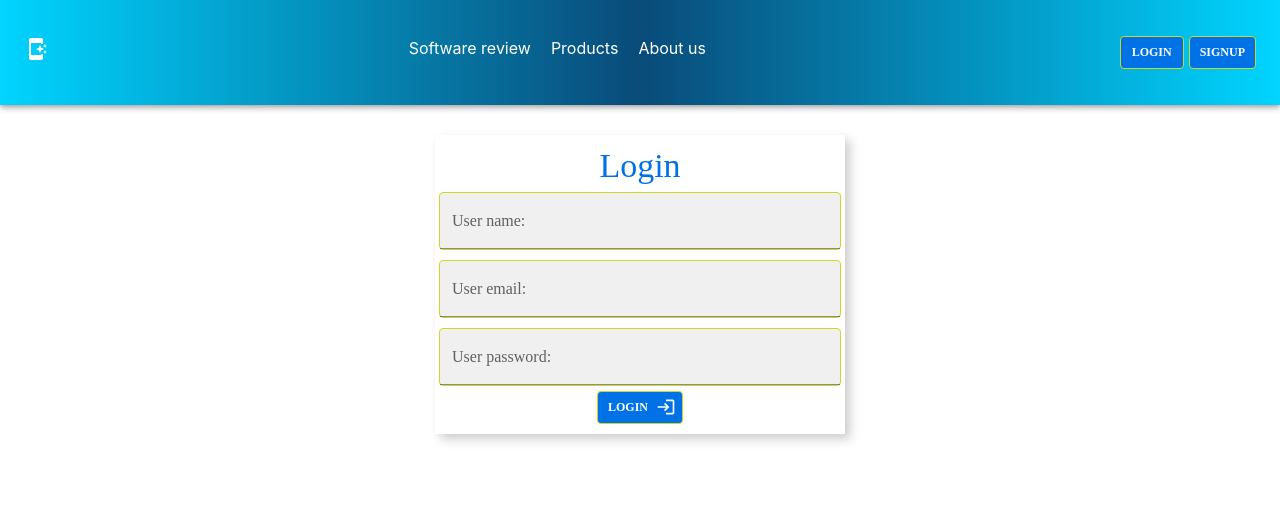
Repository: Alaa-M1/phoenix-products-reactjs-mui
Page: /login
An editor plug-in stored every save of this project. The page is shown before and after the next save, followed by the edit.
The browser window is 1280 px wide. The pictures show the whole page.
Some web fonts or font styles are not loaded; a fallback is used. The project was rebuilt for these pictures with package versions that can differ from the ones it lists, and the page was loaded fresh each time. Also part of the build but not shown: src/App.css, src/pages/SoftwareReview/index.tsx, src/pages/Products/index.tsx, src/pages/AboutUs/index.tsx, src/pages/Signup/index.tsx, src/pages/NotFound/index.tsx.

Above is the page before, as saved 2023-04-20 11:40:51.

After the next save:
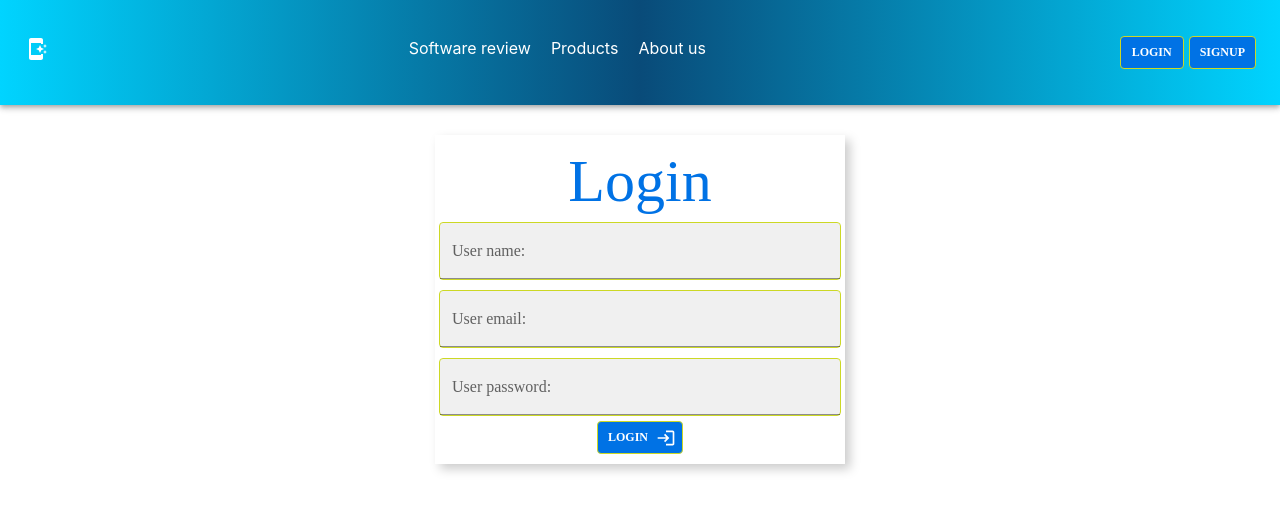
Saved 17 s later.
--- a/src/pages/Login/index.tsx
+++ b/src/pages/Login/index.tsx
@@ -32,7 +32,7 @@
         padding: "10px 5px",
       }}
     >
-      <Typography variant="h4" color="primary">
+      <Typography variant="h2" color="primary">
         Login
       </Typography>
       <TextField

After the save that followed:
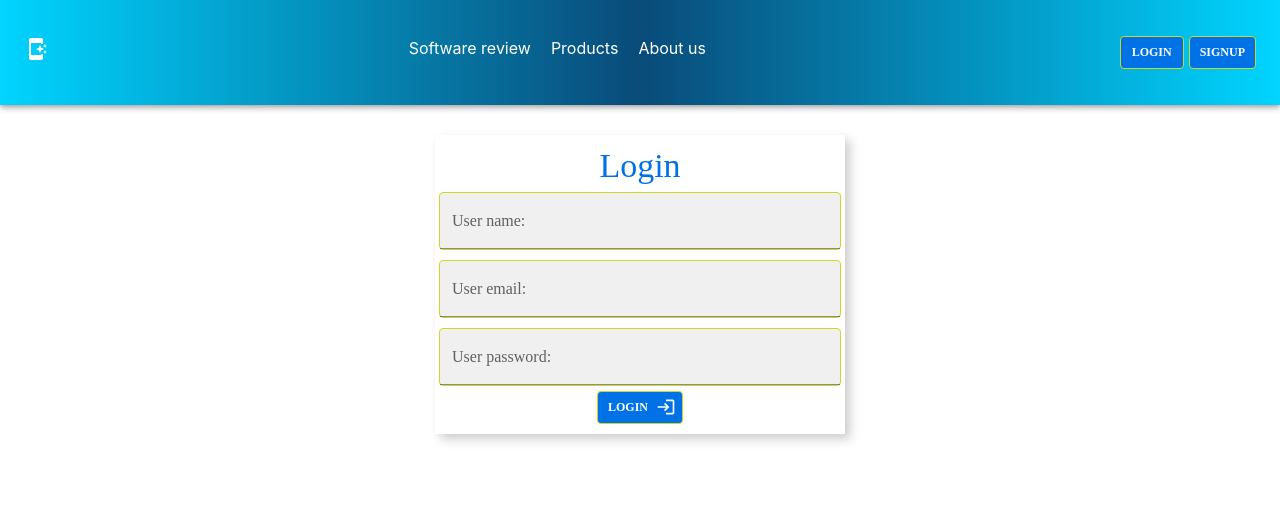
Saved 2 min 2 s later.
--- a/src/pages/Login/index.tsx
+++ b/src/pages/Login/index.tsx
@@ -32,7 +32,7 @@
         padding: "10px 5px",
       }}
     >
-      <Typography variant="h2" color="primary">
+      <Typography variant="h4" color="primary">
         Login
       </Typography>
       <TextField
